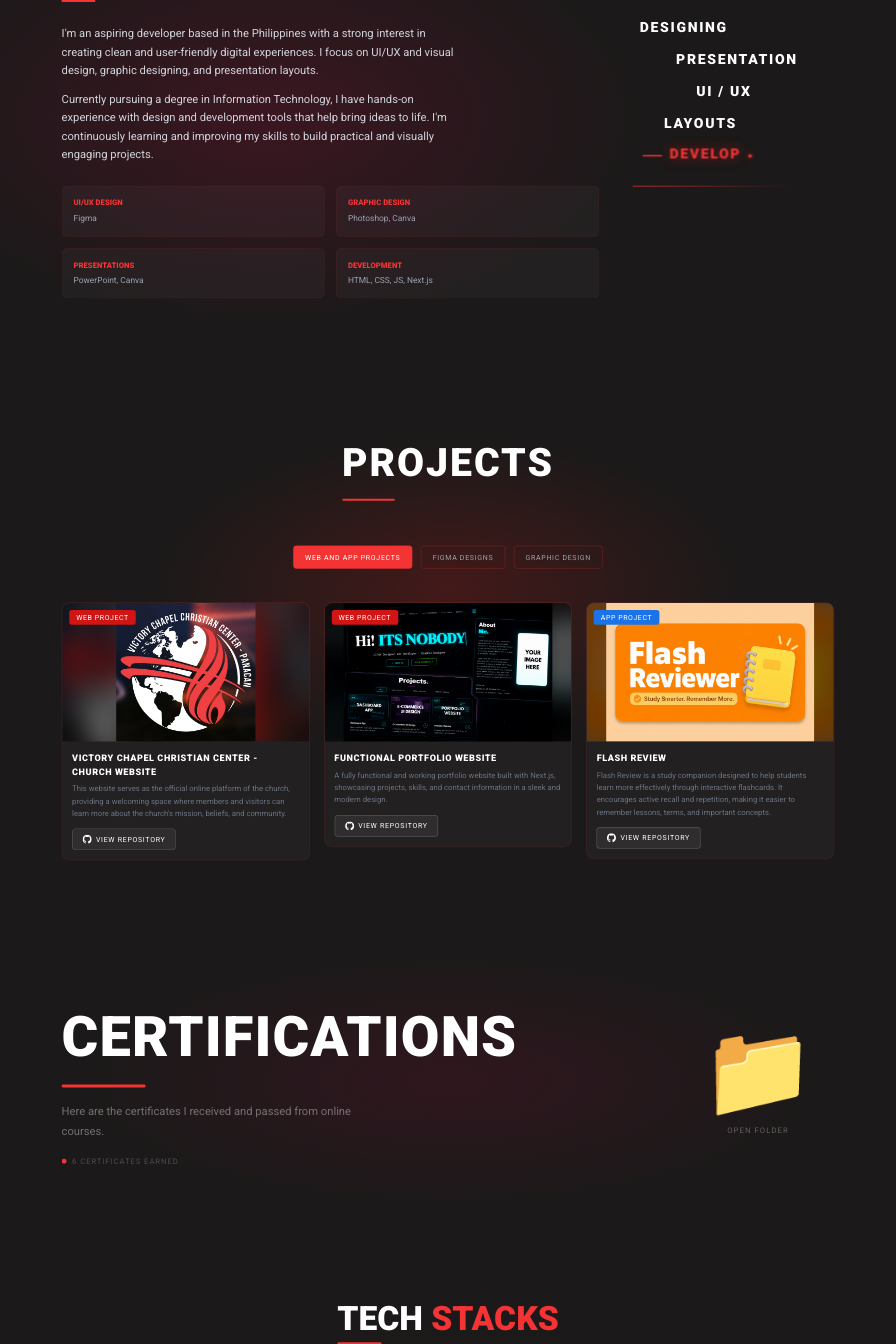
Repository: banbanny/my-portfolio
Page: /
These files come from the project's save history. The page is drawn as it stood at one moment and after the next save; the edit follows.
The browser window is 1280 px wide. The pictures show the part of the page from y = 908 to 2828 px (the page is 4283 px tall), at 70% of full size.
The project was rebuilt for these pictures with package versions that can differ from the ones it lists, and the page was loaded fresh each time. The framework's server and built-in components were replaced by stand-ins that run in the browser. Also part of the build but not shown: next.config.js.

Above is the page before, as saved 2026-05-08 13:55:14.

After the next save:
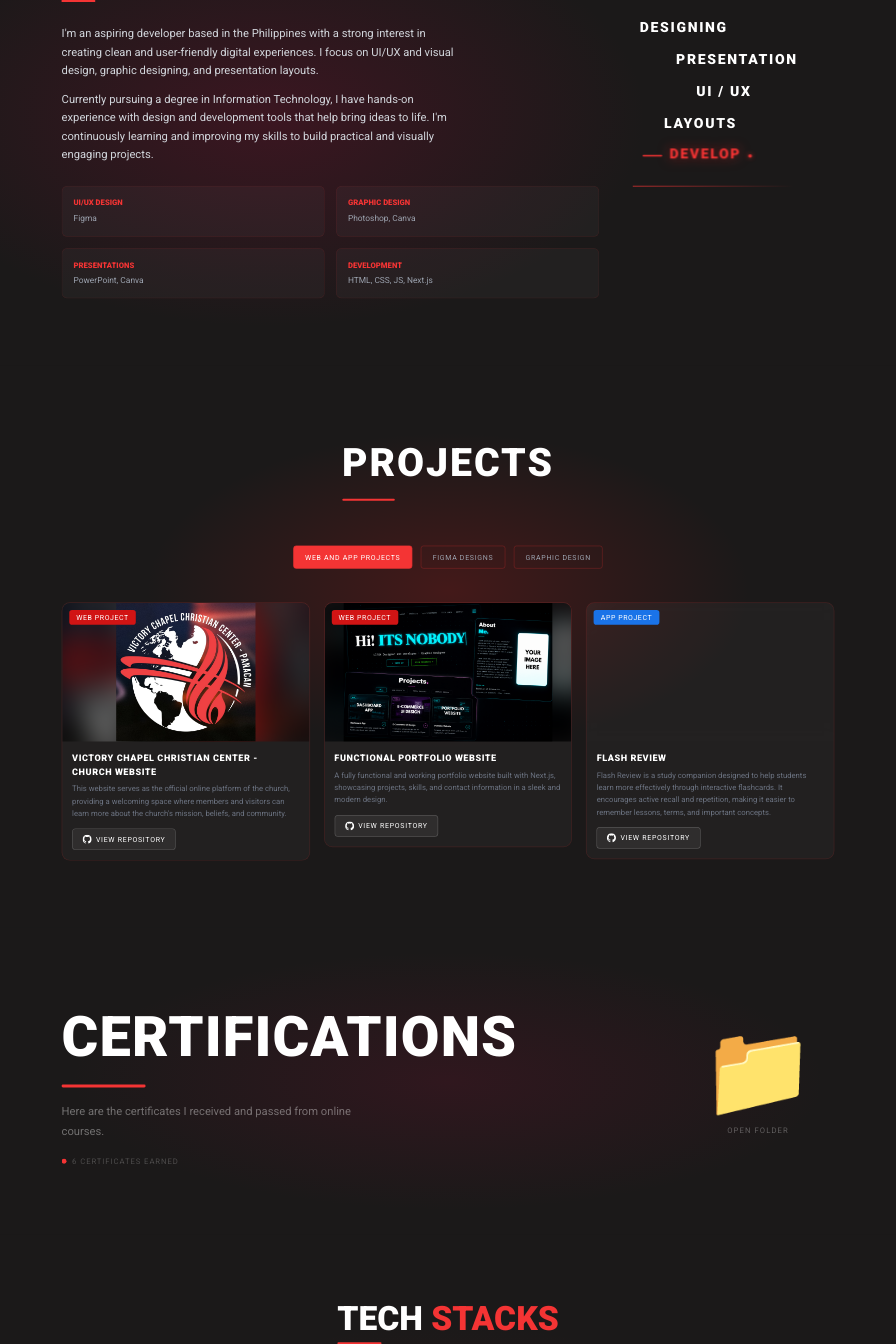
Not found: flashre.png
Saved 2 days later.
--- a/src/components/Projects.tsx
+++ b/src/components/Projects.tsx
@@ -63,7 +63,7 @@
     title: "Flash Review",
     type: "app",
     description: "Flash Review is a study companion designed to help students learn more effectively through interactive flashcards. It encourages active recall and repetition, making it easier to remember lessons, terms, and important concepts.",
-    thumbnail: "/flashreview.png",
+    thumbnail: "/flashre.png",
     repo: "https://github.com/banbanny/flashreview.git",
     screenshots: ["/flashreview.png", "/flashreview.png", "/flashreview.png"],
   },

After the 3 saves that followed:
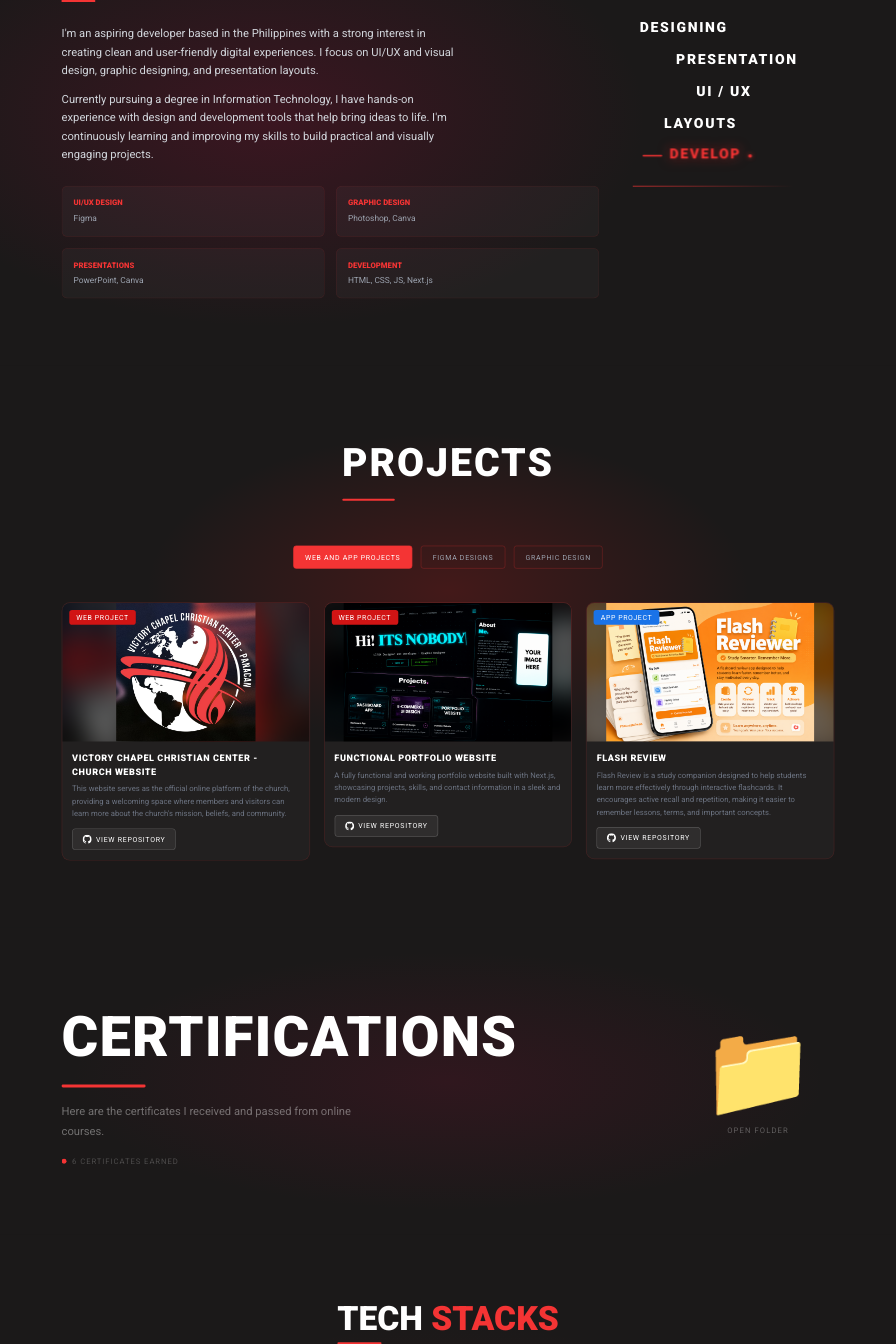
The 3 saves are shown as one change because they came seconds apart.
The last was saved 10 s later.
--- a/src/components/Projects.tsx
+++ b/src/components/Projects.tsx
@@ -63,7 +63,7 @@
     title: "Flash Review",
     type: "app",
     description: "Flash Review is a study companion designed to help students learn more effectively through interactive flashcards. It encourages active recall and repetition, making it easier to remember lessons, terms, and important concepts.",
-    thumbnail: "/flashre.png",
+    thumbnail: "/flash-thumbnail.png",
     repo: "https://github.com/banbanny/flashreview.git",
     screenshots: ["/flashreview.png", "/flashreview.png", "/flashreview.png"],
   },
